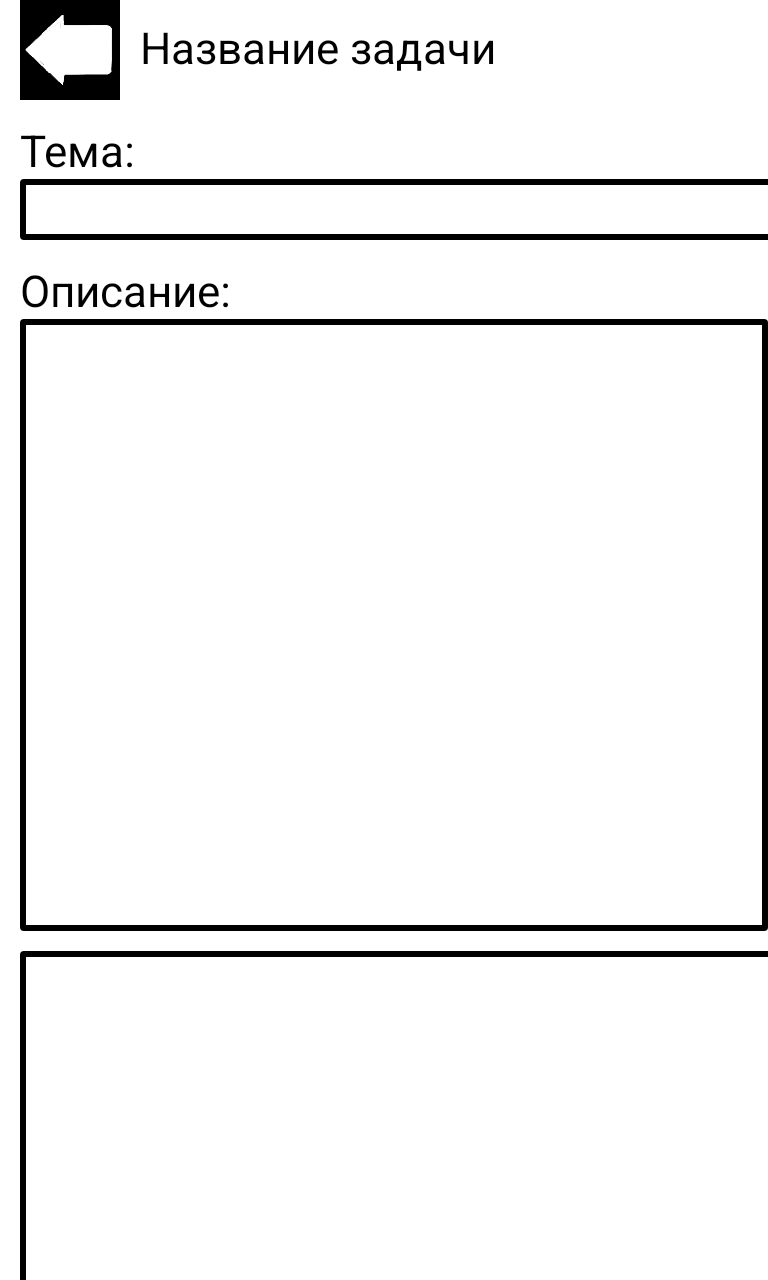
Repository: webguild/RedmineMobile
Layout: Android/RedmineAndroid/res/layout/project_add_task.xml
The author's editor kept a copy of each file at every save. The layout is drawn from the files as they stood at one save, then again after the next save.
It is drawn on a 768 x 1280 px phone screen (xhdpi) without system bars, with theme AppTheme; the app's code is not run. Lists and similar views that code fills are empty.

Above is the layout before, as saved 2013-01-18 10:19:14.

### Android/RedmineAndroid/res/layout/project_add_task.xml
<?xml version="1.0" encoding="utf-8"?>
<LinearLayout xmlns:android="http://schemas.android.com/apk/res/android"
    android:layout_width="match_parent"
    android:layout_height="match_parent"
    android:orientation="vertical"
    android:paddingLeft="10dp" >

    <LinearLayout
        android:layout_width="match_parent"
        android:layout_height="wrap_content" >

        <Button
            android:id="@+id/button1"
            android:layout_width="50dp"
            android:layout_height="50dp"
            android:background="@drawable/backbutton" />

        <TextView
            android:id="@+id/textView1"
            android:layout_width="wrap_content"
            android:layout_height="wrap_content"
            android:layout_marginLeft="10dp"
            android:text="Название задачи"
            android:textAppearance="?android:attr/textAppearanceLarge" />

    </LinearLayout>

    <TextView
        android:id="@+id/textView2"
        android:layout_width="wrap_content"
        android:layout_height="wrap_content"
        android:layout_marginTop="10dp"
        android:text="Тема:"
        android:textAppearance="?android:attr/textAppearanceLarge" />

    <LinearLayout
        android:layout_width="410dp"
        android:layout_height="wrap_content" >

        <LinearLayout
            android:layout_width="wrap_content"
            android:layout_height="match_parent"
            android:layout_weight="0.24"
            android:background="@drawable/customborder" >

            <EditText
                android:id="@+id/editText2"
                android:layout_width="197dp"
                android:layout_height="wrap_content"
                android:layout_weight="0.03"
                android:background="#fff" />

        </LinearLayout>

    </LinearLayout>

    <TextView
        android:id="@+id/textView3"
        android:layout_width="wrap_content"
        android:layout_height="wrap_content"
        android:layout_marginTop="10dp"
        android:text="Описание:"
        android:textAppearance="?android:attr/textAppearanceLarge" />

    <FrameLayout
        android:layout_width="wrap_content"
        android:layout_height="wrap_content"
        android:background="@drawable/customborder" >

        <EditText
            android:id="@+id/editText3"
            android:layout_width="400dp"
            android:layout_height="300dp"
            android:background="#fff"
            android:ems="10"
            android:gravity="top|left"
            android:inputType="textMultiLine" />

    </FrameLayout>

    <LinearLayout
        android:layout_width="400dp"
        android:layout_height="500dp"
        android:layout_marginTop="10dp"
        android:background="@drawable/customborder" >

        <ListView
            android:id="@+id/listView1"
            android:layout_width="match_parent"
            android:layout_height="500dp"
            android:background="#fff" >

        </ListView>

    </LinearLayout>

    <Button
        android:id="@+id/button2"
        android:layout_width="105dp"
        android:layout_height="50dp"
        android:layout_marginLeft="100dp"
        android:layout_marginTop="10dp"
        android:background="@drawable/darkgreybutton"
        android:text="Сохранить"
        android:textColor="#fff" />

</LinearLayout>

### Android/RedmineAndroid/res/drawable/customborder.xml
<?xml version="1.0" encoding="utf-8"?>
<shape xmlns:android="http://schemas.android.com/apk/res/android"
    android:shape="rectangle" >
   <corners android:radius="2dp"/>
   <padding android:left="3dp" android:right="3dp" android:top="3dp" android:bottom="3dp"/>
   <solid android:color="#000000"/>


</shape>

Loaded but not shown: Android/RedmineAndroid/res/values/styles.xml (common file); Android/RedmineAndroid/res/values-v11/styles.xml (common file)

After the next save:
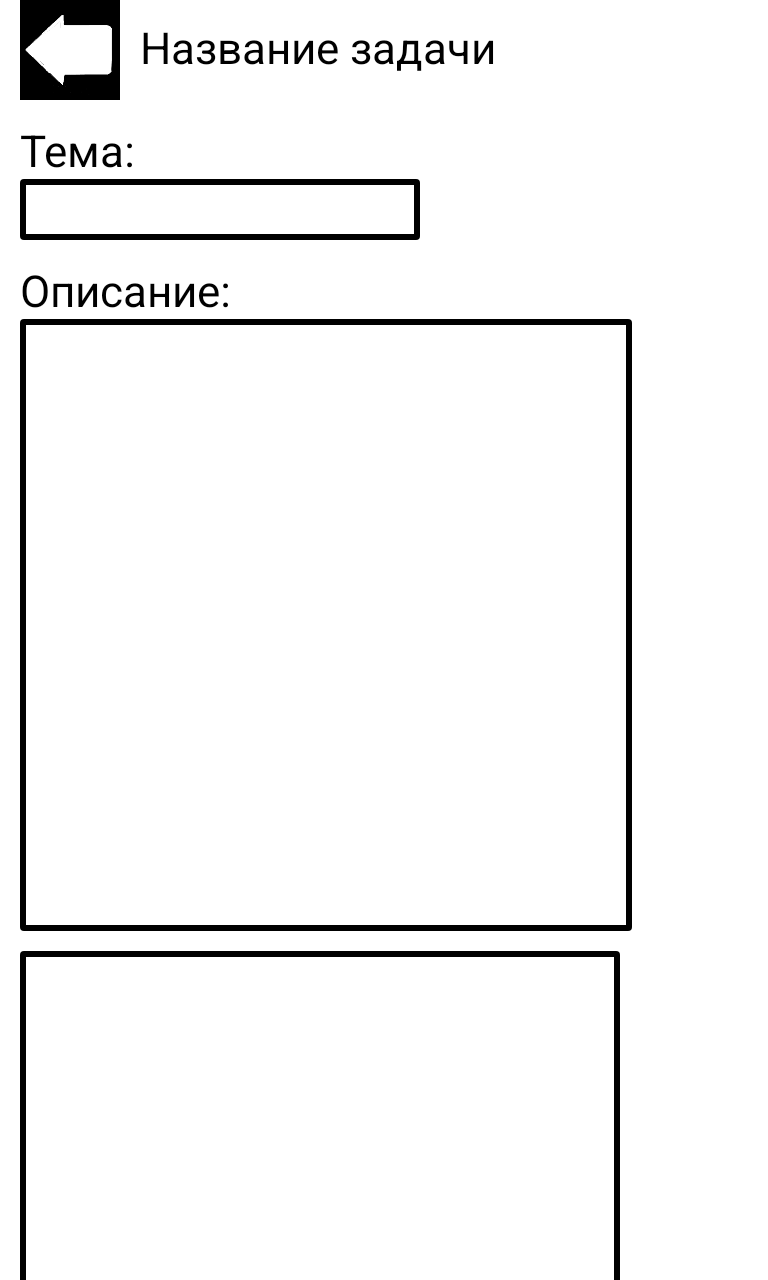
Saved 3 min 51 s later.
--- a/Android/RedmineAndroid/res/layout/project_add_task.xml
+++ b/Android/RedmineAndroid/res/layout/project_add_task.xml
@@ -38,9 +38,9 @@
         android:layout_height="wrap_content" >
 
         <LinearLayout
-            android:layout_width="wrap_content"
+            android:layout_width="200dp"
             android:layout_height="match_parent"
-            android:layout_weight="0.24"
+            android:layout_weight="0.00"
             android:background="@drawable/customborder" >
 
             <EditText
@@ -69,7 +69,7 @@
 
         <EditText
             android:id="@+id/editText3"
-            android:layout_width="400dp"
+            android:layout_width="300dp"
             android:layout_height="300dp"
             android:background="#fff"
             android:ems="10"
@@ -79,14 +79,14 @@
     </FrameLayout>
 
     <LinearLayout
-        android:layout_width="400dp"
+        android:layout_width="300dp"
         android:layout_height="500dp"
         android:layout_marginTop="10dp"
         android:background="@drawable/customborder" >
 
         <ListView
             android:id="@+id/listView1"
-            android:layout_width="match_parent"
+            android:layout_width="300dp"
             android:layout_height="500dp"
             android:background="#fff" >
 
